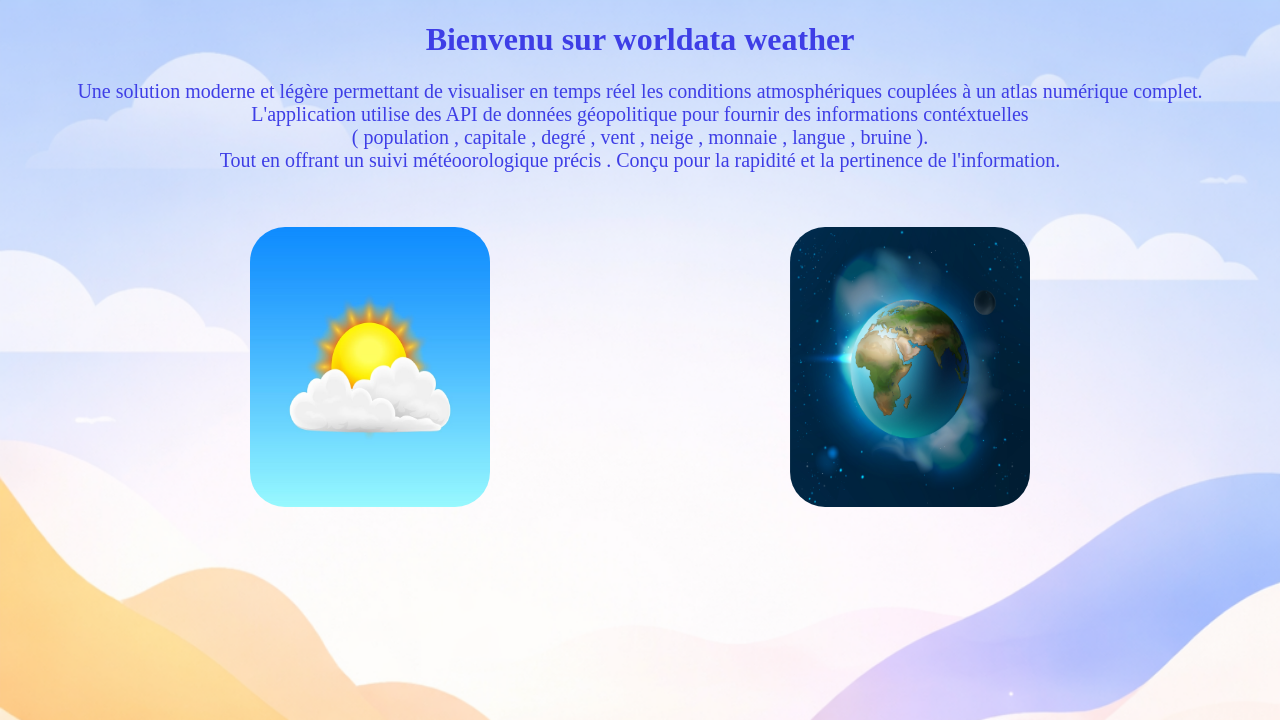
Repository: assanendao171/meteo
Page: index.html
These files come from the project's save history. The page is drawn as it stood at one moment and after the next save; the edit follows.
The browser window is 1280 px wide. The pictures show the whole page.

Above is the page before, as saved 2026-03-18 17:04:11.

### index.html
<!DOCTYPE html>
<html lang="en">
<head>
    <meta charset="UTF-8">
    <meta name="viewport" content="width=device-width, initial-scale=1.0">
    <title>Document</title>
    <link rel="stylesheet" href="style.css">
</head>
<body>
    <h1>Bienvenu sur worldata weather</h1>
    <p>Une solution moderne et légère permettant de visualiser en temps réel les conditions atmosphériques couplées à un atlas numérique
        complet. <br> L'application utilise des API de données géopolitique pour fournir des informations contéxtuelles <br>
        ( population , capitale , degré , vent , neige , monnaie , langue , bruine ). <br>
        Tout en offrant un suivi météoorologique précis . Conçu pour la rapidité et la  pertinence de l'information.
    </p>
    <div id="contain">
        <div id="img1">
            <img src="acceuil.jpg" alt="meteo">

        </div>
        <div id="ima2">
<img src="18966224.jpg" alt="la terre">

        </div>
    </div>
</body>
</html>

### style.css
body{
    background-image: url("fondacceuil.png");
    background-size: cover;
    background-repeat: no-repeat;
}
img{
    width: 240px;
    height: 280px;
    border-radius: 35px;
}
h1,p{
    text-align: center;
    color: rgb(62, 62, 230);
    font-size: ;
}
#contain{
    display: flex;
    gap: 300px;
flex-direction: row;
justify-content: center;
align-items: center;
margin-top:55px
}
p{
        font-size: 20px;
    text-align: center;
    color: rgb(62, 62, 230);
}

After the next save:
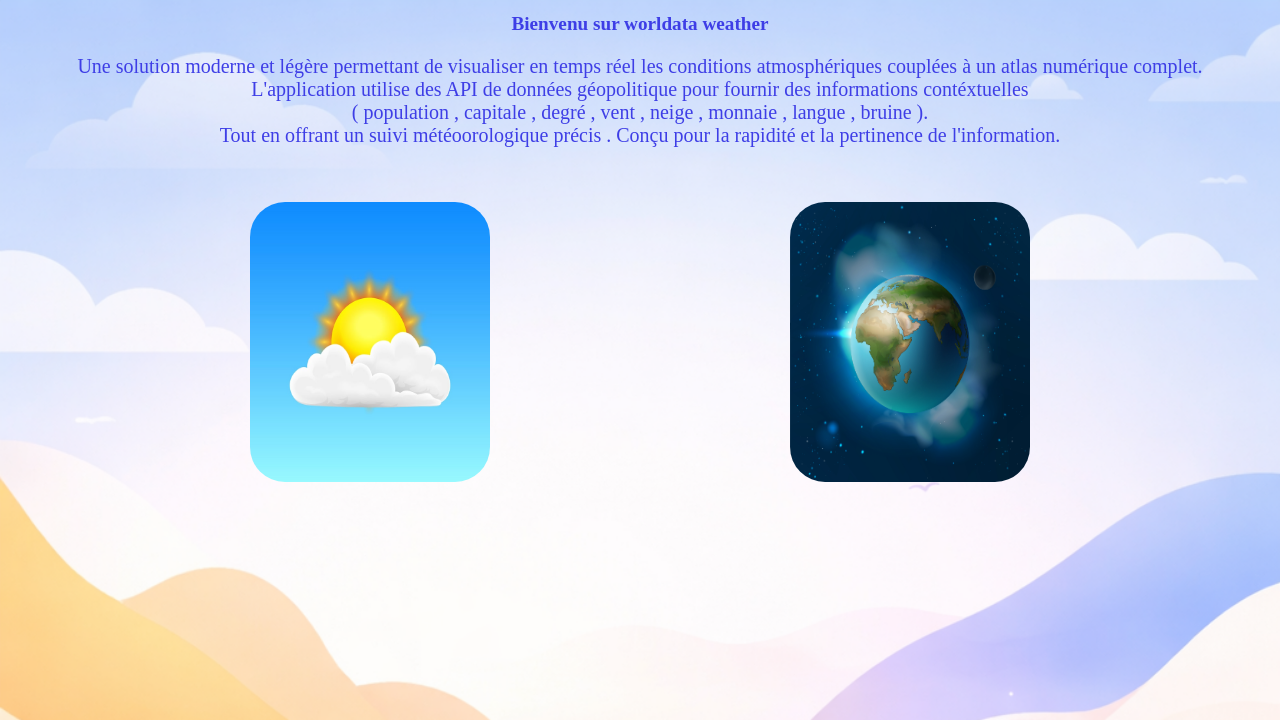
Saved 7 s later.
--- a/style.css
+++ b/style.css
@@ -11,7 +11,7 @@
 h1,p{
     text-align: center;
     color: rgb(62, 62, 230);
-    font-size: ;
+    font-size: larger;
 }
 #contain{
     display: flex;

After the save that followed:
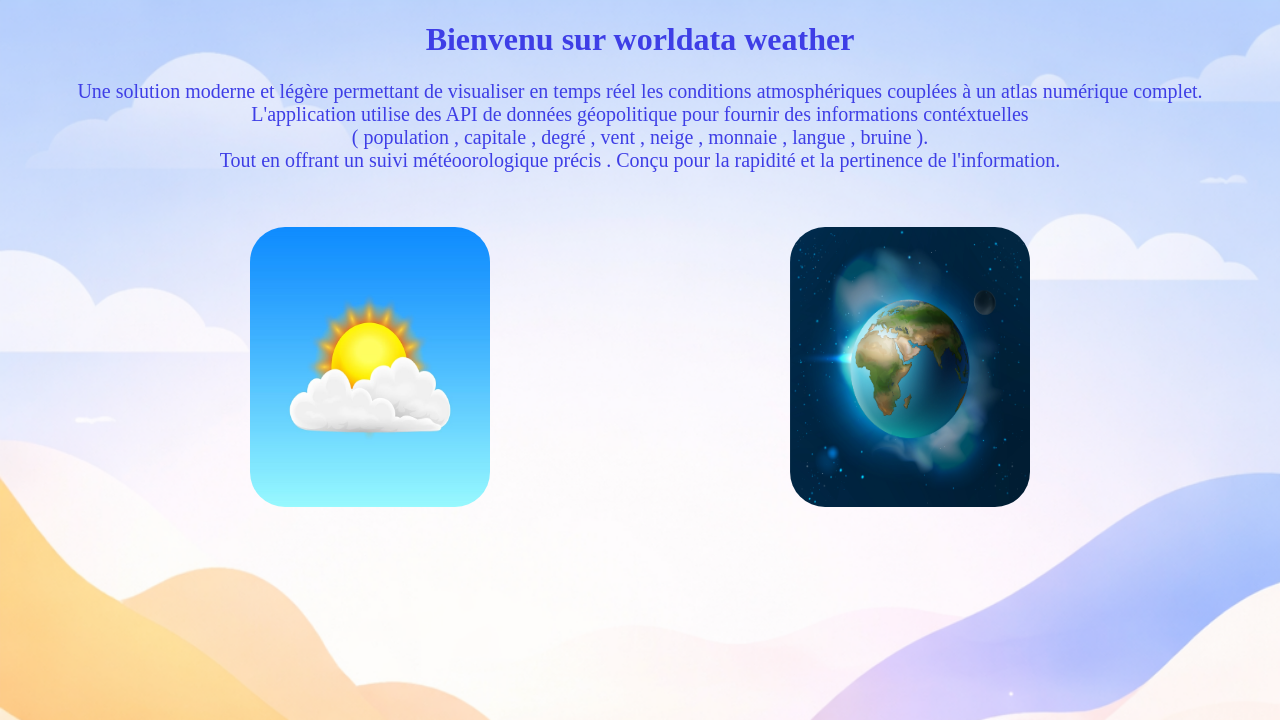
Saved 9 s later.
--- a/style.css
+++ b/style.css
@@ -11,7 +11,7 @@
 h1,p{
     text-align: center;
     color: rgb(62, 62, 230);
-    font-size: larger;
+    font-size:;
 }
 #contain{
     display: flex;
